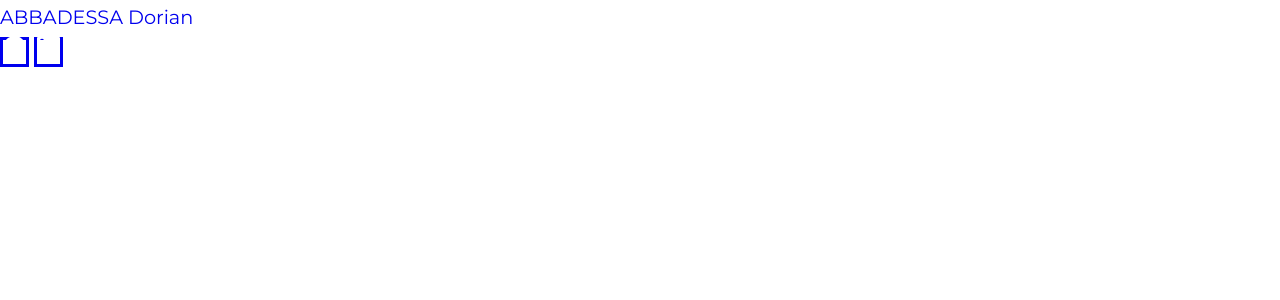
Repository: DorianABDS/Portfolio-ABBADESSA-Dorian
Page: index.html
The author's editor kept a copy of each file at every save. The page is drawn from the files as they stood at one save, then again after the next save.
The browser window is 1280 px wide. The pictures show the whole page.

Above is the page before, as saved 2024-11-25 23:13:19.

### index.html
<!DOCTYPE html>
<html lang="fr">
<head>
    <meta charset="UTF-8">
    <meta name="viewport" content="width=device-width, initial-scale=1.0">
    <meta charset="UTF-8">
    <meta name="viewport" content="width=device-width, initial-scale=1.0">
    <meta name="keywords" content="Portfolio, ABBADESSA Dorian, Web developper">
    <title>ABBADESSA Dorian - Portfolio</title>
    <link rel="shortcute icon" href="/src/img/Logo Div.png">
    <link rel="stylesheet" href="style.css">
</head>
<body>
    <header class="header">
        <nav class="navbar">
            <a href="index.html" class="logo">ABBADESSA Dorian</a>
        </nav>
        <div class="social">
            <a href="#" title="Facebook"><img src="/src/img/icone Github.png" alt=""></a>
            <a href="#" title="Twitter"><img src="src/img/icone Linkedin.png" alt=""></a>
        </div>
    </header>
</body>
</html>

### style.css
@font-face {
    font-family: "Montserrat";
    src: url(/src/font/Montserrat-VariableFont_wght.ttf);
}

* {
    margin: 0;
    padding: 0;
    text-decoration: none;
    list-style: none;
    box-sizing: border-box;

}

html, body {
    font-size: 19.3px;
    color: rgba(0, 0, 0, .87);
    font-family: "Montserrat", sans-serif;
    line-height: 1.8;
    font-weight: 400;
}

.social a {
    border: solid;
}

After the next save:
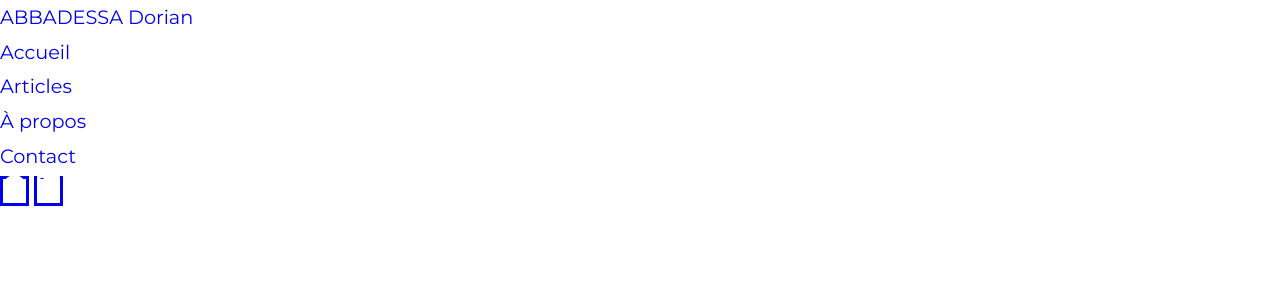
Saved 41 s later.
--- a/index.html
+++ b/index.html
@@ -14,6 +14,14 @@
     <header class="header">
         <nav class="navbar">
             <a href="index.html" class="logo">ABBADESSA Dorian</a>
+            <div class="nav-links">
+                <ul>
+                    <li><a href="index.html">Accueil</a></li>
+                    <li><a href="articles.html">Articles</a></li>
+                    <li><a href="apropos.html">À propos</a></li>
+                    <li><a href="contact.html">Contact</a></li>
+                </ul>
+            </div>
         </nav>
         <div class="social">
             <a href="#" title="Facebook"><img src="/src/img/icone Github.png" alt=""></a>
